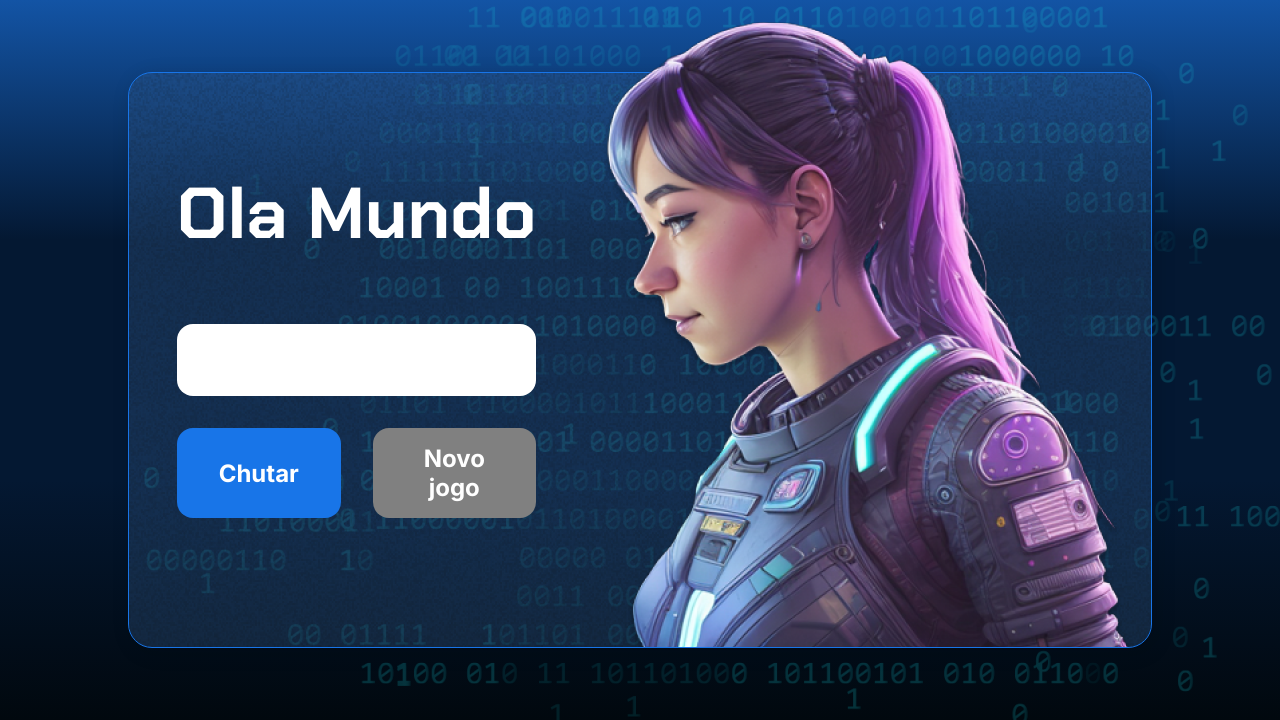
Repository: phsmottanerd/Jogo-Secreto
Page: index.html
An editor plug-in stored every save of this project. The page is shown before and after the next save, followed by the edit.
The browser window is 1280 px wide. The pictures show the whole page.

Above is the page before, as saved 2025-01-17 02:07:18.

After the next save:
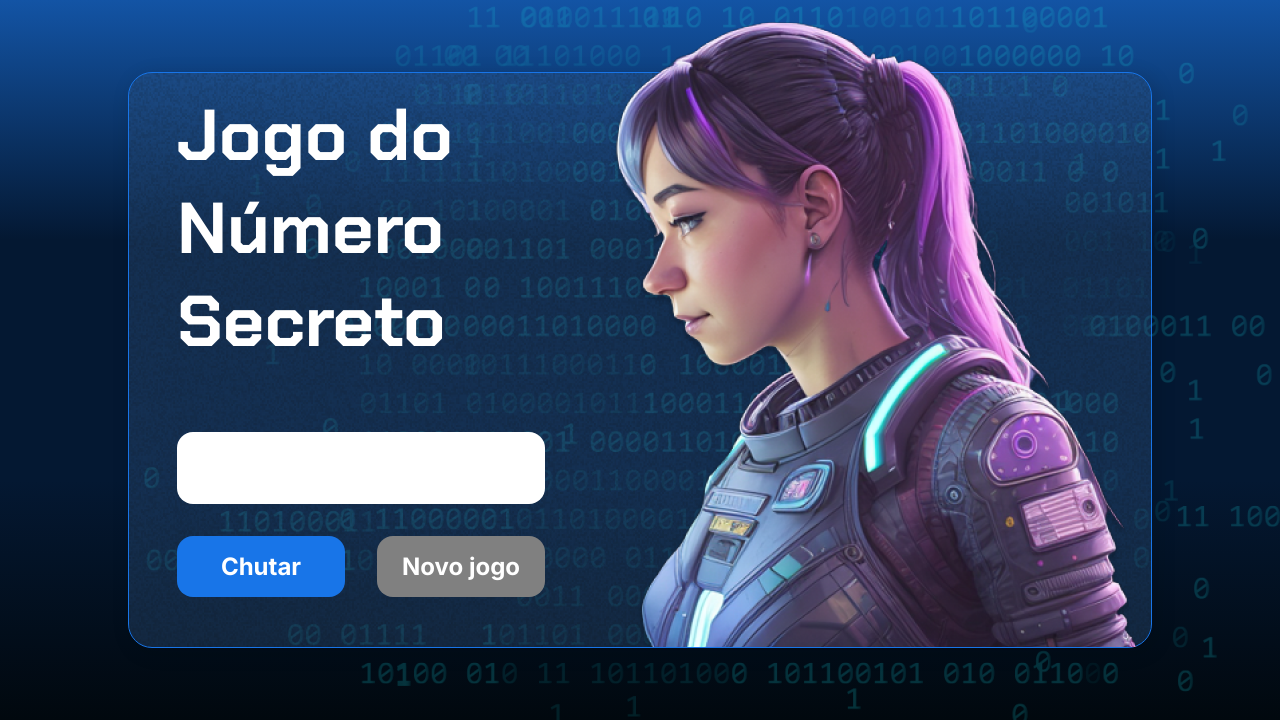
Saved 63 s later.
--- a/app.js
+++ b/app.js
@@ -1,2 +1,2 @@
 let titulo =document.querySelector('h1');
-titulo.innerHTML ='Ola Mundo';
+titulo.innerHTML ='Jogo do Número Secreto';
